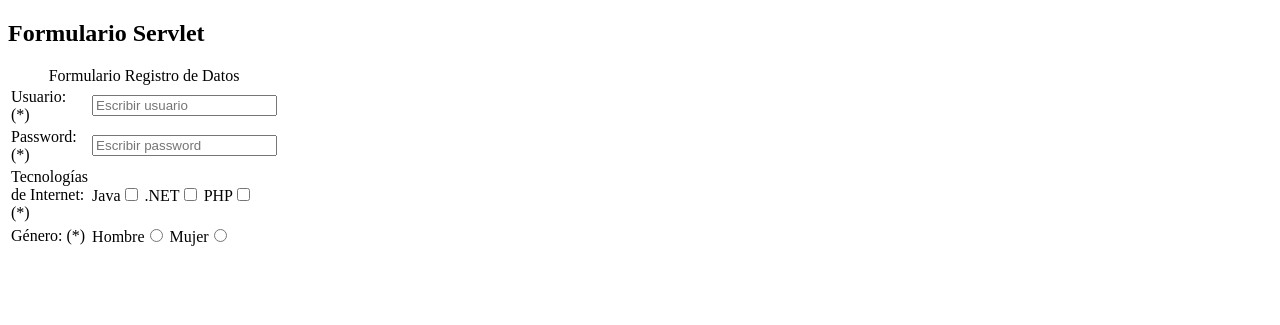
Repository: SRubiRosales/JavaBasico
Page: http://localhost/ManejoFormulariosHTML/
The author's editor kept a copy of each file at every save. The page is drawn from the files as they stood at one save, then again after the next save.
The browser window is 1280 px wide. The pictures show the whole page.
The page is served by Tomcat 9.

Above is the page before, as saved 2022-04-25 22:23:16.

### ManejoFormulariosHTML/src/main/webapp/index.jsp
<!DOCTYPE html>
<html>
	<head>
		<title>Ejercicio Formulario</title>
		<meta http-equiv="Content-Type" content="text/html; charset=UTF-8">
		<link rel="stylesheet" type="text/css" href="resources/styles.css">
		<script type="text/javascript" src="resources/functions.js"></script>
	</head>
	<body>
		<h2>Formulario Servlet</h2>
		<form name="form1" action="servlet" method="POST" onSubmit="return validarForma(this)"><!-- El formulario responde al servlet del action -->
			<input type="hidden" name="oculto" value="valorOculto"></input>
			<table width="200" id="enfasis-columna">
				<caption>Formulario Registro de Datos</caption>
				<tr>
					<td class="columna">Usuario: (*)</td>
					<td>
						<input class="default" type="text" name="usuario" placeholder="Escribir usuario"></input>
					</td>
				</tr>
				<tr>
					<td class="columna">Password: (*)</td>
					<td>
						<input class="default" type="password" name="password" placeholder="Escribir password"></input>
					</td>
				</tr>
				<tr>
					<td class="columna">Tecnologías de Internet: (*)</td>
					<td>
						<span>Java<input type="checkbox" name="tecnologia" value="java"/></span>
						<span>.NET<input type="checkbox" name="tecnologia" value="net"/></span>
						<span>PHP<input type="checkbox" name="tecnologia" value="php"/></span>
					</td>
				</tr>
				<tr>
					<td class="columna">Género: (*)</td>
					<td>
						Hombre<input type="radio" name="genero" value="H"/>
						Mujer<input type="radio" name="genero" value="M"/>
					</td>
				</tr>
			</table>
		</form>
	</body>
</html>

Loaded but not shown: ManejoFormulariosHTML/src/main/webapp/resources/styles.css (common file); ManejoFormulariosHTML/src/main/webapp/resources/functions.js (common file)

After the next save:
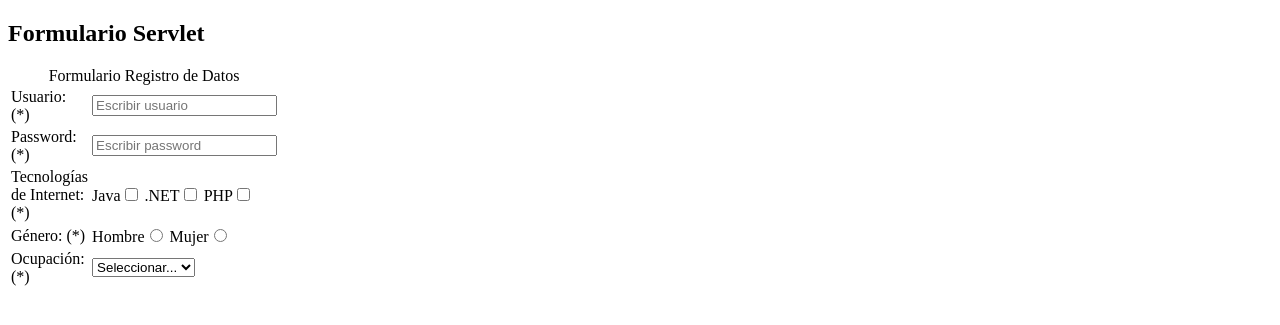
Saved 2 min 8 s later.
--- a/ManejoFormulariosHTML/src/main/webapp/index.jsp
+++ b/ManejoFormulariosHTML/src/main/webapp/index.jsp
@@ -39,6 +39,18 @@
 						Mujer<input type="radio" name="genero" value="M"/>
 					</td>
 				</tr>
+				<tr>
+					<td class="columna">Ocupación: (*)</td>
+					<td>
+						<select name="ocupacion" class="default">
+							<option value="">Seleccionar...</option>
+							<option value="1">Profesor</option>
+							<option value="2">Ingeniero</option>
+							<option value="3">Jubilado</option>
+							<option value="4">Otro</option>
+						</select>
+					</td>
+				</tr>
 			</table>
 		</form>
 	</body>
